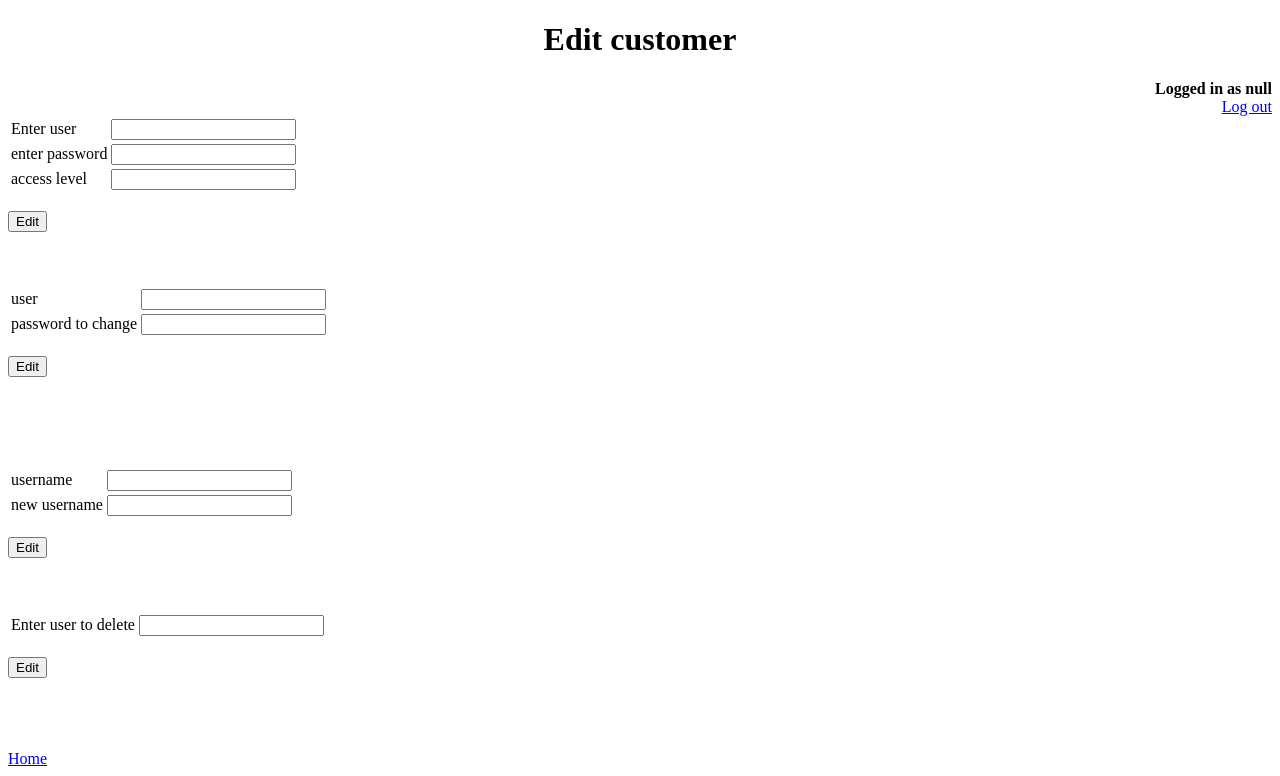
Repository: Pheazon/data_management
Page: http://localhost/cs336Final/editCustomer.jsp
These files come from the project's save history. The page is drawn as it stood at one moment and after the next save; the edit follows.
The browser window is 1280 px wide. The pictures show the whole page.
The page is served by Tomcat 9.

Above is the page before, as saved 2019-12-13 02:10:27.

### cs336Final/WebContent/editCustomer.jsp
<%@ page language="java" contentType="text/html; charset=ISO-8859-1"
	pageEncoding="ISO-8859-1" import="com.cs336.pkg.*"%>
<%@ page import="java.io.*,java.util.*,java.sql.*"%>
<%@ page import="javax.servlet.http.*,javax.servlet.*"%>
<!DOCTYPE html PUBLIC "-//W3C//DTD HTML 4.01 Transitional//EN" "http://www.w3.org/TR/html4/loose.dtd">
<html>
<head>
<meta http-equiv="Content-Type" content="text/html; charset=ISO-8859-1">
<title>Edit Customer</title>
</head>
<body>

	<h1 align="center">Edit customer</h1>

	<div align="right"> <b> Logged in as
	<%=session.getAttribute("user")%>
	</b> <br>
	<a href='logout.jsp'>Log out</a>
	</div>

	<%
	ApplicationDB db = new ApplicationDB();
	Connection con = db.getConnection();
	//PreparedStatement ps = null;
	Class.forName("com.mysql.jdbc.Driver").newInstance();
	Connection conn = db.getConnection();

	//Statement statement = conn.createStatement();

	//ResultSet result = statement.executeQuery(query);


	//if (rs.next()) {
	//	String user = rs.getString("username");
	//	String password = rs.getString("password");

	%>
		<form method="post" action="addUser.jsp">

		<table>
			<tr>
				<td>Enter user</td>
				<td><input type="text" name="username" maxlength="25"
				required></td>
			</tr>
			<tr>
				<td>enter password</td>
				<td><input type="password" name="password" maxlength="25"
				required></td>
			</tr>
			<tr>
				<td>access level</td>
				<td><input type="text" name="access" maxlength="25"
				required></td>
			</tr>
		</table>
			<br> <input type="submit" value="Edit">
		</form>
		<br><br><br>


		<form method="post" action="editCustomerHandler.jsp">

		<table>
			<tr>
				<td>user</td>
				<td><input type="text" name="username" maxlength="25"
				required></td>
			</tr>
			<tr>
				<td>password to change</td>
				<td><input type="password" name="password" maxlength="25"
				required></td>
			</tr>
		</table>
			<br> <input type="submit" value="Edit">
		</form>
		<br><br><br>


		<br>
		<br>

		<form method="post" action="editCustomerHandler2.jsp">

		<table>
			<tr>
				<td>username</td>
				<td><input type="text" name="oldUser" maxlength="25"
				required></td>
			</tr>
			<tr>
				<td>new username</td>
				<td><input type="text" name="newUser" maxlength="25"
				required></td>
			</tr>
		</table>
			<br> <input type="submit" value="Edit">
		</form>
		<br><br><br>

				<form method="post" action="deleteUser.jsp">

		<table>
			<tr>
				<td>Enter user to delete</td>
				<td><input type="text" name="username" maxlength="25"
				required></td>
			</tr>
		</table>
			<br> <input type="submit" value="Edit">
		</form>
		<br><br><br>
	<%

	//} else { fan
	//	out.println("Username doesn't exist.");
	//}

	//rs.close();
	//Statement.close();
	conn.close();
%>
<br><a href="success.jsp"> Home</a>

</body>
</html>

### cs336Final/src/com/cs336/pkg/ApplicationDB.java
package com.cs336.pkg;

import java.sql.Connection;
import java.sql.DriverManager;
import java.sql.SQLException;

public class ApplicationDB {

	public ApplicationDB(){

	}

	public Connection getConnection(){

		//Create a connection string
		String url = "jdbc:mysql://cs336db.cdnjviplnzua.us-east-2.rds.amazonaws.com:3306/BarBeerDrinkerSample";
		Connection connection = null;

		try {
			//Load JDBC driver - the interface standardizing the connection procedure. Look at WEB-INF\lib for a mysql connector jar file, otherwise it fails.
			Class.forName("com.mysql.jdbc.Driver").newInstance();
		} catch (InstantiationException e) {
			// TODO Auto-generated catch block
			e.printStackTrace();
		} catch (IllegalAccessException e) {
			// TODO Auto-generated catch block
			e.printStackTrace();
		} catch (ClassNotFoundException e) {
			// TODO Auto-generated catch block
			e.printStackTrace();
		}
		try {
			//Create a connection to your DB
			connection = DriverManager.getConnection(url,"cs336", "Rutgers123!");
		} catch (SQLException e) {
			// TODO Auto-generated catch block
			e.printStackTrace();
		}

		return connection;

	}

	public void closeConnection(Connection connection){
		try {
			connection.close();
		} catch (SQLException e) {
			// TODO Auto-generated catch block
			e.printStackTrace();
		}
	}





	public static void main(String[] args) {
		ApplicationDB dao = new ApplicationDB();
		Connection connection = dao.getConnection();

		System.out.println(connection);
		dao.closeConnection(connection);
	}



}

After the next save:
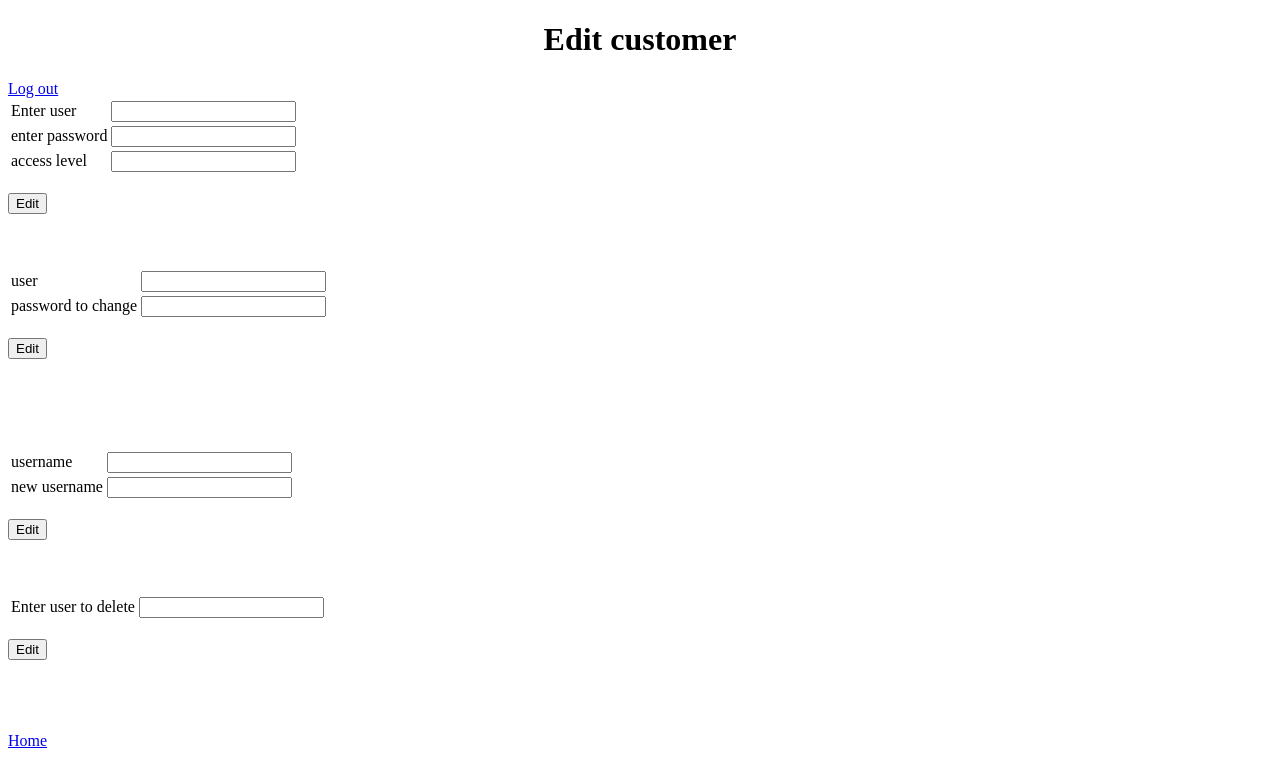
Saved 57 s later.
--- a/cs336Final/WebContent/editCustomer.jsp
+++ b/cs336Final/WebContent/editCustomer.jsp
@@ -12,9 +12,7 @@
 
 	<h1 align="center">Edit customer</h1>
 
-	<div align="right"> <b> Logged in as
-	<%=session.getAttribute("user")%>
-	</b> <br>
+
 	<a href='logout.jsp'>Log out</a>
 	</div>
 
